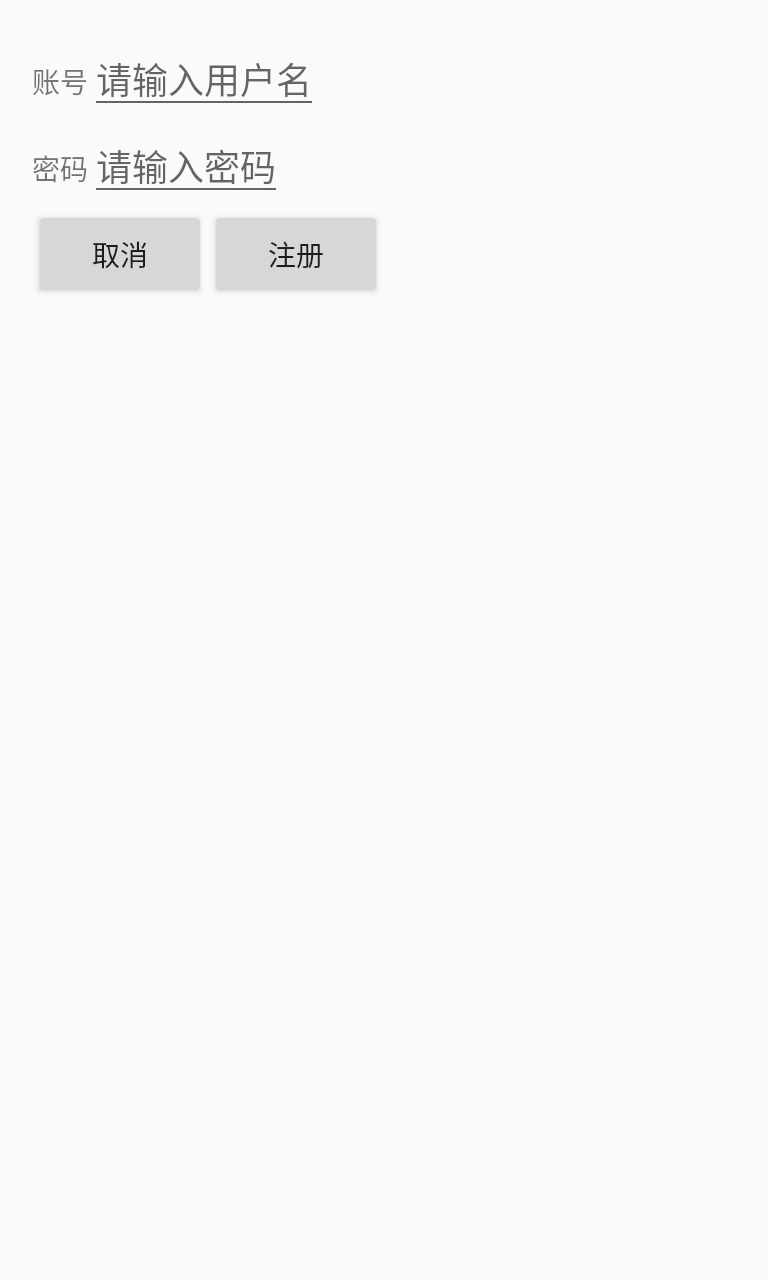
Repository: zzznn/Android_and_java
Layout: work/Day0203/res/layout/activity_main.xml
These files come from the project's save history. The layout is drawn as it stood at one moment and after the next save; the edit follows.
It is drawn on a 768 x 1280 px phone screen (xhdpi) without system bars, with theme AppTheme; the app's code is not run.

Above is the layout before, as saved 2018-01-03 12:49:13.

### work/Day0203/res/layout/activity_main.xml
<LinearLayout xmlns:android="http://schemas.android.com/apk/res/android"
    xmlns:tools="http://schemas.android.com/tools"
    android:layout_width="match_parent"
    android:layout_height="match_parent"
    android:paddingBottom="@dimen/activity_vertical_margin"
    android:paddingLeft="@dimen/activity_horizontal_margin"
    android:paddingRight="@dimen/activity_horizontal_margin"
    android:paddingTop="@dimen/activity_vertical_margin"
    android:orientation="vertical"
    tools:context="com.kevin.day0203.MainActivity" >


    <LinearLayout
        android:layout_width="match_parent"
        android:layout_height="wrap_content">

    <TextView
        android:id="@+id/tv"
        android:layout_width="wrap_content"
        android:layout_height="wrap_content"
        android:text="账号"/>



    <EditText
        android:id="@+id/et_name"
        android:layout_width="wrap_content"
        android:layout_height="wrap_content"
        android:hint="请输入用户名"
        />
    </LinearLayout>



    <LinearLayout
    	android:layout_width="wrap_content"
        android:layout_height="wrap_content">
    <TextView
        android:id="@+id/tv_sec"
        android:layout_width="wrap_content"
        android:layout_height="wrap_content"
        android:text="密码"/>

    <EditText
        android:id="@+id/et_code"
        android:layout_width="wrap_content"
        android:layout_height="wrap_content"
        android:inputType="textPassword"
        android:hint="请输入密码"
        />

    </LinearLayout>
    <LinearLayout
    	android:layout_width="wrap_content"
        android:layout_height="wrap_content">
    <Button
        android:id="@+id/btn_cansel"
        android:layout_width="0dp"
        android:layout_weight="2"
        android:layout_height="wrap_content"
        android:text="取消"
        />

    <Button
        android:id="@+id/btn_regist"
        android:layout_width="0dp"
        android:layout_weight="3"
        android:layout_height="wrap_content"
        android:text="注册"
        />

    </LinearLayout>

</LinearLayout>

Loaded but not shown: work/Day0203/res/values/styles.xml (common file); work/Day0203/res/values-v11/styles.xml (common file); work/Day0203/res/values-v14/styles.xml (common file); work/Day0203/res/values/dimens.xml (common file); work/Day0203/res/values-w820dp/dimens.xml (common file)

After the next save:
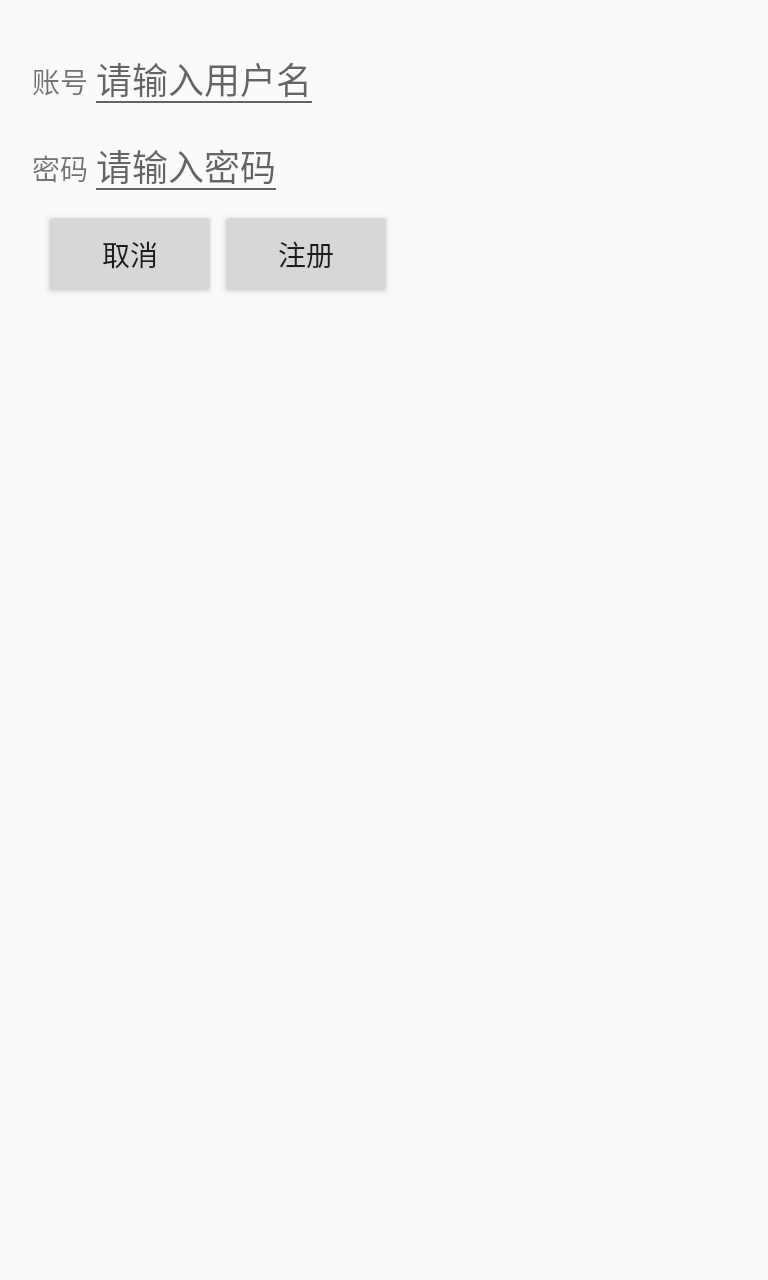
Saved 57 s later.
--- a/work/Day0203/res/layout/activity_main.xml
+++ b/work/Day0203/res/layout/activity_main.xml
@@ -58,6 +58,8 @@
         android:layout_width="0dp"
         android:layout_weight="2"
         android:layout_height="wrap_content"
+
+        android:layout_marginLeft="5dp"
         android:text="取消"
         />
 
@@ -66,6 +68,8 @@
         android:layout_width="0dp"
         android:layout_weight="3"
         android:layout_height="wrap_content"
+
+        android:layout_marginRight="5dp"
         android:text="注册"
         />
 
